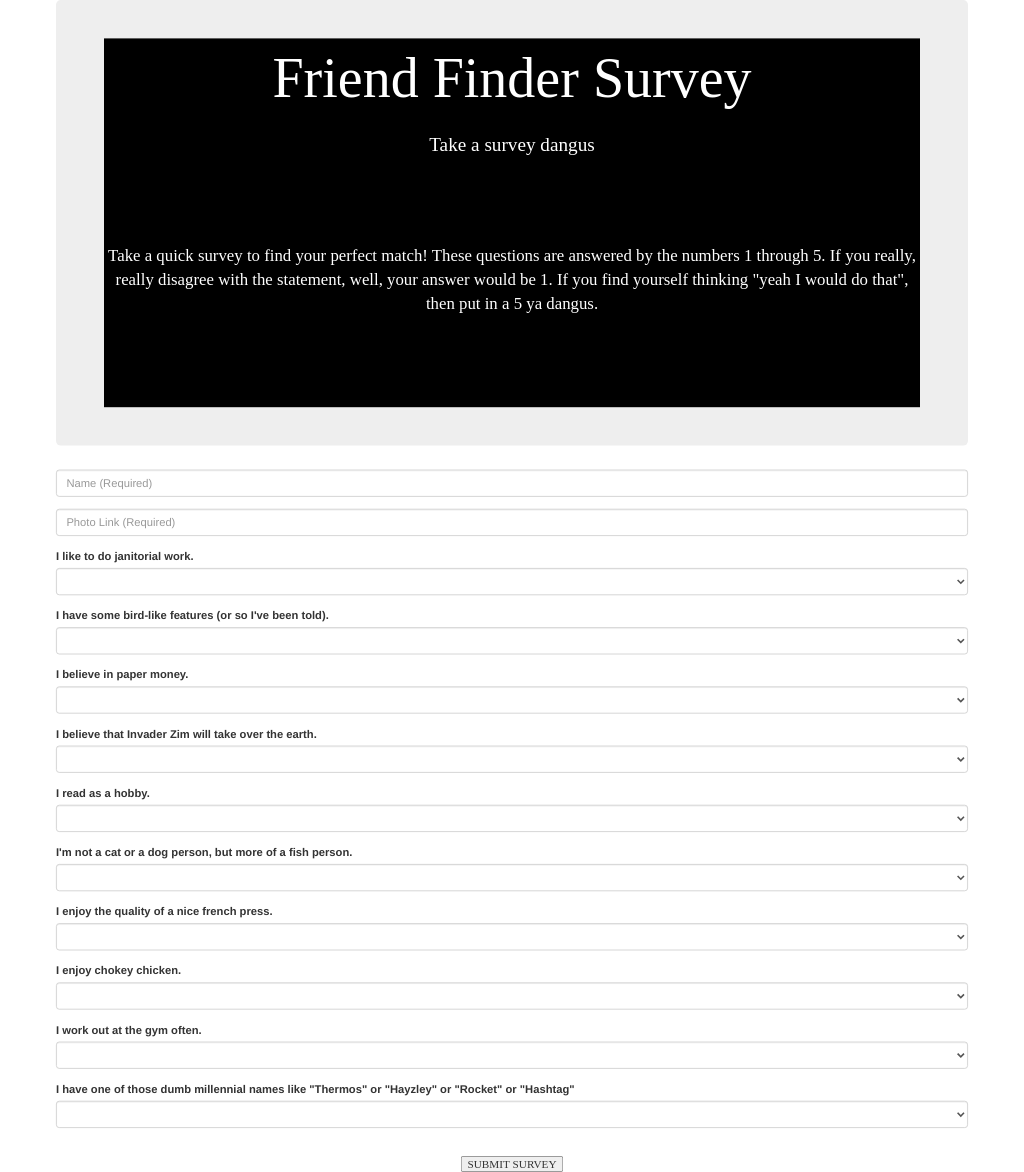
Repository: kcummings1/Mate-Matcher
Page: public/survey.html
These files come from the project's save history. The page is drawn as it stood at one moment and after the next save; the edit follows.
The browser window is 1280 px wide. The pictures show the whole page, at 80% of full size.
Some web libraries are served in a nearby version.

Above is the page before, as saved 2019-10-05 13:58:15.
Console error: ReferenceError: config is not defined

After the next save:
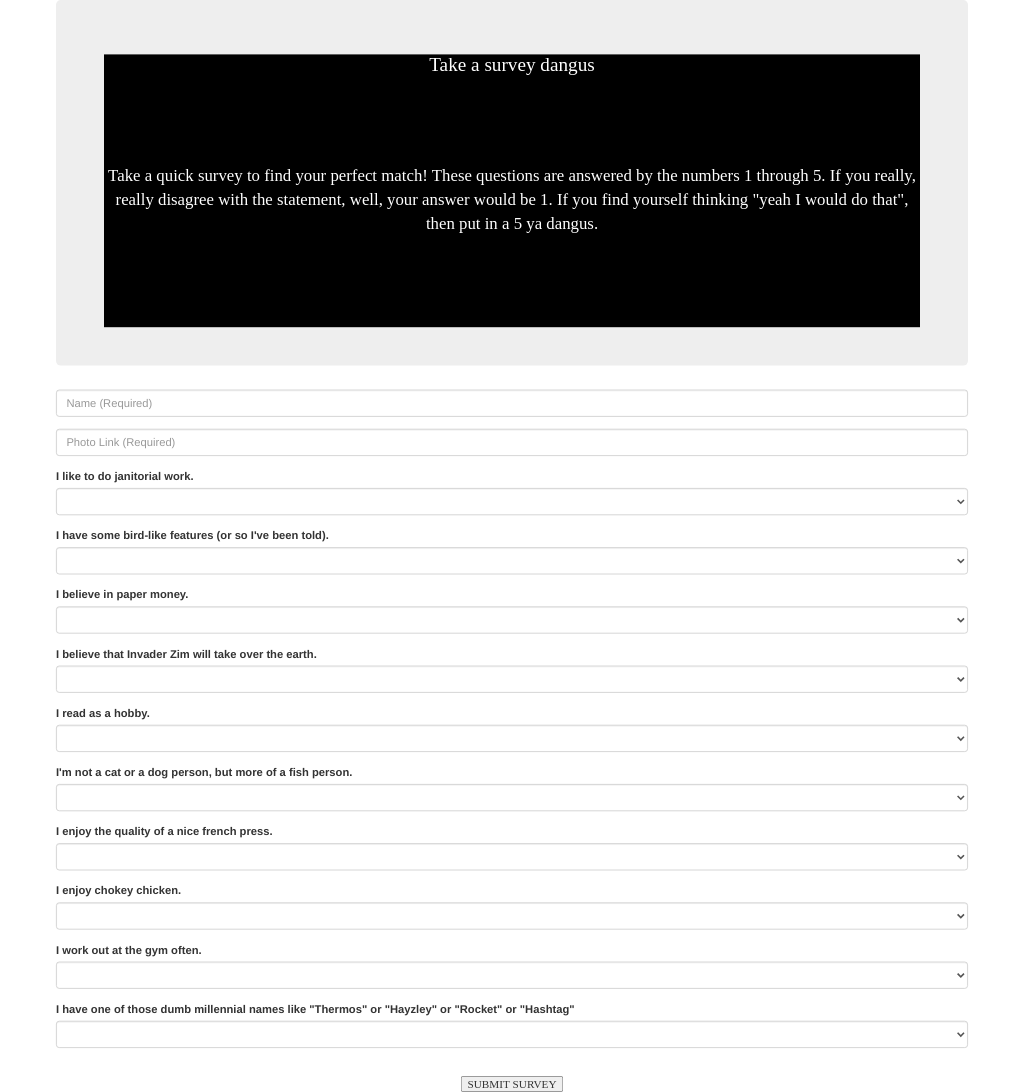
Saved 26 s later.
--- a/public/survey.html
+++ b/public/survey.html
@@ -14,7 +14,7 @@
 
     <div class="container">
         <div class="jumbotron">
-                <div class="title" style="background-color: #000;">Friend Finder Survey
+                <div class="title" style="background-color: #000;">
                 <h3>Take a survey dangus</h3> <br>
             <p>Take a quick survey to find your perfect match! These questions are answered by the numbers 1 through 5.
                 If
